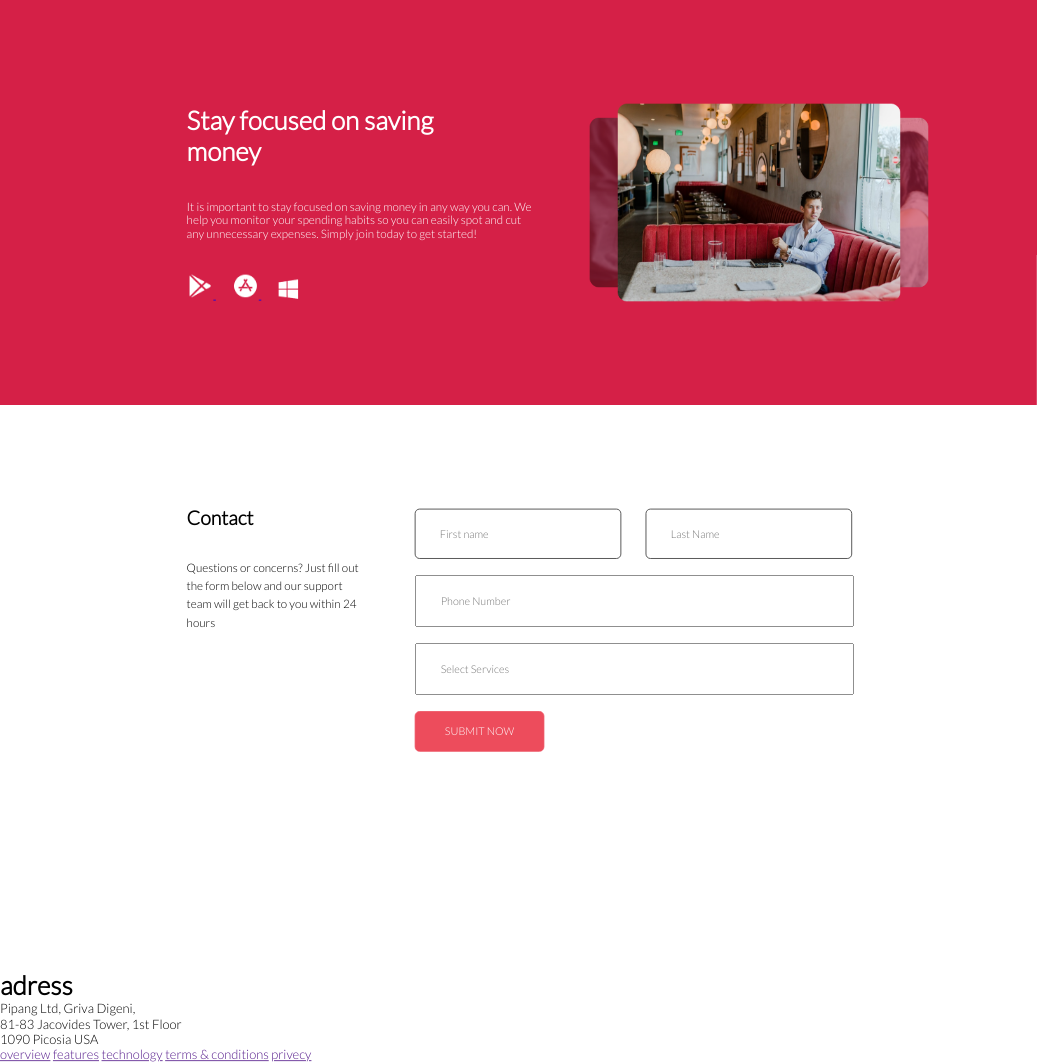
Repository: batonAnton/Cursor_lecture4
Page: index.html
These files come from the project's save history. The page is drawn as it stood at one moment and after the next save; the edit follows.
The browser window is 1280 px wide. The pictures show the whole page, at 81% of full size.

Above is the page before, as saved 2022-06-09 14:49:09.

### index.html
<!DOCTYPE html>
<html lang="en">
<head>
    <meta charset="UTF-8">
    <meta http-equiv="X-UA-Compatible" content="IE=edge">
    <meta name="viewport" content="width=device-width, initial-scale=1.0">
    <title>CloudBudget Freebie</title>
    <link rel="preconnect" href="https://fonts.googleapis.com">
    <link rel="preconnect" href="https://fonts.gstatic.com" crossorigin>
    <link href="https://fonts.googleapis.com/css2?family=Lato:wght@300&display=swap" rel="stylesheet">
    <link rel="stylesheet" href="css/style.css">
</head>
<body>
    <header>
        <div class="info-box">
            <h1>Stay focused on saving <br> money</h1>
            <p>It is important to stay focused on saving money in any way you can. We <br> help you monitor your spending habits so you can easily spot and cut <br> any unnecessary expenses. Simply join today to get started!</p>

            <div class="link_source">
                <a href="https://play.google.com/store/games?hl=uk&gl=US">
                    <img src="/image/icon/google_play.png" alt="icon-google">
                </a>
                <a href="https://www.apple.com/ua/app-store/">
                    <img src="/image/icon/apstore.png" alt="icon-apstore">
                </a>
                <a href="https://www.microsoft.com/uk-ua/software-download/windows10">
                    <img src="/image/icon/windows.png" alt="icon-windows">
                </a>
            </div>
        </div>

        <div class="big_img"></div>
    </header>

    <section>
        <div class="info-box">
            <h1>Contact</h1>
            <p>Questions or concerns? Just fill out the form below and our support <br> team will get back to you within 24 hours</p>
        </div>

        <div class="input-fields">
            <form>
                <div>
                    <input type="text" id="fname" placeholder="First name" name="fname">
                    <input type="text" id="lname" placeholder="Last Name" name="lname">
                </div>

                <input type="number" name="" id="number" placeholder="Phone Number">
                <input list="browsers" id="dropdown" placeholder="Select Services" name="service"> <br>
                <datalist id="browsers">
                    <option value="Service1">
                    <option value="Service2">
                    <option value="Service3">
                    <option value="Service4">
                    <option value="Service5">
                </datalist>
                <button>submit now</button>
              </form>
        </div>
    </section>

    <footer>
        <div class="all-block">
            <div class="adress-block">
                <h1>adress</h1>
                <p>
                    Pipang Ltd, Griva Digeni,<br>
                    81-83 Jacovides Tower, 1st Floor <br>
                    1090 Picosia USA
                </p>
            </div>

            <div class="services">
                <a href="">overview</a>
                <a href="">features</a>
                <a href="">technology</a>
                <a href="">terms & conditions</a>
                <a href="">privecy</a>
            </div>


        </div>

    </footer>
</body>
</html>

### css/style.css
* {
  font-family: "Lato", sans-serif;
  font-weight: 400;
  margin: 0;
  padding: 0;
  box-sizing: border-box;
}

h1{
  font-weight: 600;
}

header {
  width: 100%;
  height: 20%;
  padding: 10%;
  color: #ffffff;
  display: inline-flex;
  background-color: #d52047;
}

.info-box {
  width: 80%;
  margin-left: 10%;
}

.info-box p {
  width: 90%;
  margin: 40px 0;
  font-size: 0.9rem;
}

.link_source a {
  margin-left: -19px;
  padding: 0 20px;
}

.big_img {
  background-image: url("/image/Photo.png");
  width: 70%;
  background-repeat: no-repeat;
  background-position: center;
  background-size: contain;
}

/* Section */
section {
  color: #000000;
  display: inline-flex;
  padding: 10%;
  width: 100%;
  margin-bottom: 120px;
}

section .info-box {
  width: 80%;
  color:
  #000000;
  line-height: 140%;
}

section .info-box h1{
  font-weight: 600;
}

#fname,
#lname {
  width: 255px;
  height: 60px;
  border: 1px solid #333333;
  border-radius: 6px;
}



.input-fields input {
  width: 95%;
  height: 60px;
  padding: 30px;
}

form div {
  display: inline-flex;
}
form input,
button {
  margin-left: 30px;
  margin-bottom: 20px;
  /* margin: 0px 0px 30px 10px; */
}


.input-fields {
  margin-right: 100px;
}

button {
  background-color: #ed4c5c;
  color: #ffffff;
  width: 160px;
  height: 50px;
  border: 1.5px solid #ed4c5c;
  border-radius: 6px;
  text-transform: uppercase;
}

After the next save:
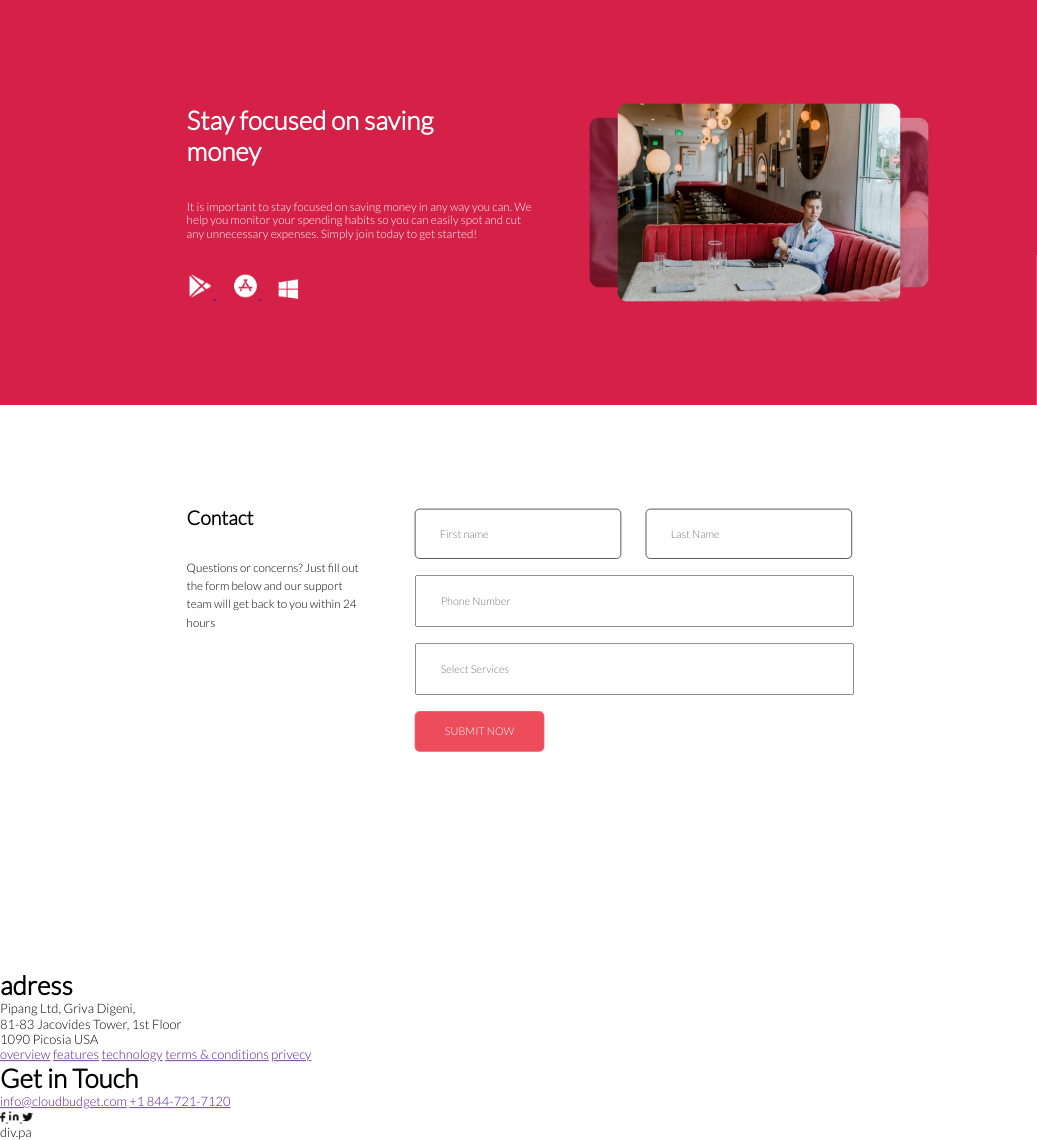
Saved 5 min 7 s later.
--- a/index.html
+++ b/index.html
@@ -78,7 +78,27 @@
                 <a href="">privecy</a>
             </div>
 
+            <div class="link-social">
+                <h1>Get in Touch</h1>
+                <a href="">info@cloudbudget.com</a>
+                <a href="">+1 844-721-7120</a>
 
+                <div>
+                    <a href="">
+                        <img src="/image/footer/facebook.png" alt="facebook-link">
+                    </a>
+
+                    <a href="">
+                        <img src="/image/footer/feather-linkedin.png" alt="linkdn">
+                    </a>
+
+                    <a href="">
+                        <img src="/image/footer/tweeter.png" alt="tweeter-img">
+                    </a>
+                </div>
+            </div>
+
+            div.pa
         </div>
 
     </footer>
